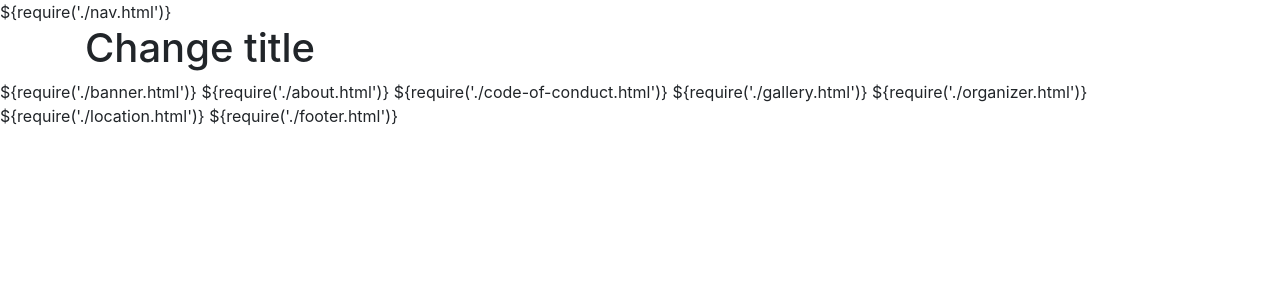
Repository: pyladiesbkk/pyladies-web
Page: src/index.html
An editor plug-in stored every save of this project. The page is shown before and after the next save, followed by the edit.
The browser window is 1280 px wide. The pictures show the whole page.
Some web libraries are served in a nearby version.

Above is the page before, as saved 2019-10-20 14:26:08.

### src/index.html
<!DOCTYPE html>
<html lang="en">
<head>
  <meta charset="UTF-8">
  <meta name="viewport" content="width=device-width, initial-scale=1.0">
  <meta http-equiv="X-UA-Compatible" content="ie=edge">

<!--   <link rel="icon" type="image/png" href="/favicon.ico/favicon-16x16.png" sizes="16x16">
  <link rel="icon" type="image/png" href="/favicon.ico/favicon-32x32.png" sizes="32x32">
  <link rel="icon" type="image/png" href="/favicon.ico/favicon-96x96.png" sizes="96x96"> -->
<!--   <link rel="shortcut icon" type="image/png" rel="apple-touch-icon" sizes="57x57" href="/favicon.ico/apple-icon-57x57.png">
  <link rel="shortcut icon" type="image/png" rel="apple-touch-icon" sizes="60x60" href="/favicon.ico/apple-icon-60x60.png">
  <link rel="shortcut icon" type="image/png" rel="apple-touch-icon" sizes="72x72" href="/favicon.ico/apple-icon-72x72.png">
  <link rel="shortcut icon" type="image/png" rel="apple-touch-icon" sizes="76x76" href="/favicon.ico/apple-icon-76x76.png">
  <link rel="shortcut icon" type="image/png" rel="apple-touch-icon" sizes="114x114" href="/favicon.ico/apple-icon-114x114.png">
  <link rel="shortcut icon" type="image/png" rel="apple-touch-icon" sizes="120x120" href="/favicon.ico/apple-icon-120x120.png">
  <link rel="shortcut icon" type="image/png" rel="apple-touch-icon" sizes="144x144" href="/favicon.ico/apple-icon-144x144.png">
  <link rel="shortcut icon" type="image/png" rel="apple-touch-icon" sizes="152x152" href="/favicon.ico/apple-icon-152x152.png"> -->
<!--   <link rel="shortcut icon" type="image/png" rel="apple-touch-icon" sizes="180x180" href="/favicon.ico/apple-icon-180x180.png"> -->
<!--   <link rel="manifest" href="/favicon.ico/manifest.json"> -->
  <link rel="stylesheet" href="https://maxcdn.bootstrapcdn.com/bootstrap/4.0.0/css/bootstrap.min.css" integrity="sha384-Gn5384xqQ1aoWXA+058RXPxPg6fy4IWvTNh0E263XmFcJlSAwiGgFAW/dAiS6JXm" crossorigin="anonymous">
  <!-- <link rel="shortcut icon" type="image/png" href="/favicon.ico/apple-icon-180x180.png" /> -->
  <meta name="msapplication-config" content="/favicon.ico/browserconfig.xml">
  <link rel="icon" href="/favicon.ico/favicon.ico">
  <title>Pyladies BKK</title>
</head>
<body>
  ${require('./nav.html')}
  <div class="container">
    <h1>Change title</h1>
  </div>
  ${require('./banner.html')}
  ${require('./about.html')}
  ${require('./code-of-conduct.html')}
  ${require('./gallery.html')}
  ${require('./organizer.html')}
  ${require('./location.html')}
  ${require('./footer.html')}
  <script src="https://code.jquery.com/jquery-3.2.1.slim.min.js" integrity="sha384-KJ3o2DKtIkvYIK3UENzmM7KCkRr/rE9/Qpg6aAZGJwFDMVNA/GpGFF93hXpG5KkN" crossorigin="anonymous"></script>
  <script src="https://cdnjs.cloudflare.com/ajax/libs/popper.js/1.12.9/umd/popper.min.js" integrity="sha384-ApNbgh9B+Y1QKtv3Rn7W3mgPxhU9K/ScQsAP7hUibX39j7fakFPskvXusvfa0b4Q" crossorigin="anonymous"></script>
  <script src="https://maxcdn.bootstrapcdn.com/bootstrap/4.0.0/js/bootstrap.min.js" integrity="sha384-JZR6Spejh4U02d8jOt6vLEHfe/JQGiRRSQQxSfFWpi1MquVdAyjUar5+76PVCmYl" crossorigin="anonymous"></script>
</body>
</html>

After the next save:
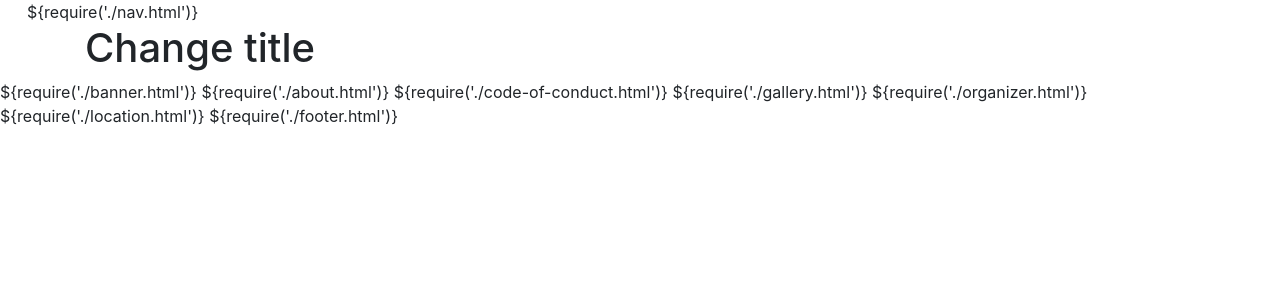
Saved 6 s later.
--- a/src/index.html
+++ b/src/index.html
@@ -5,9 +5,7 @@
   <meta name="viewport" content="width=device-width, initial-scale=1.0">
   <meta http-equiv="X-UA-Compatible" content="ie=edge">
 
-<!--   <link rel="icon" type="image/png" href="/favicon.ico/favicon-16x16.png" sizes="16x16">
-  <link rel="icon" type="image/png" href="/favicon.ico/favicon-32x32.png" sizes="32x32">
-  <link rel="icon" type="image/png" href="/favicon.ico/favicon-96x96.png" sizes="96x96"> -->
+<!--    -->
 <!--   <link rel="shortcut icon" type="image/png" rel="apple-touch-icon" sizes="57x57" href="/favicon.ico/apple-icon-57x57.png">
   <link rel="shortcut icon" type="image/png" rel="apple-touch-icon" sizes="60x60" href="/favicon.ico/apple-icon-60x60.png">
   <link rel="shortcut icon" type="image/png" rel="apple-touch-icon" sizes="72x72" href="/favicon.ico/apple-icon-72x72.png">
@@ -22,6 +20,9 @@
   <!-- <link rel="shortcut icon" type="image/png" href="/favicon.ico/apple-icon-180x180.png" /> -->
   <meta name="msapplication-config" content="/favicon.ico/browserconfig.xml">
   <link rel="icon" href="/favicon.ico/favicon.ico">
+  <link rel="icon" type="image/png" href="/favicon.ico/favicon-16x16.png" sizes="16x16">
+  <link rel="icon" type="image/png" href="/favicon.ico/favicon-32x32.png" sizes="32x32">
+  <link rel="icon" type="image/png" href="/favicon.ico/favicon-96x96.png" sizes="96x96">
   <title>Pyladies BKK</title>
 </head>
 <body>
